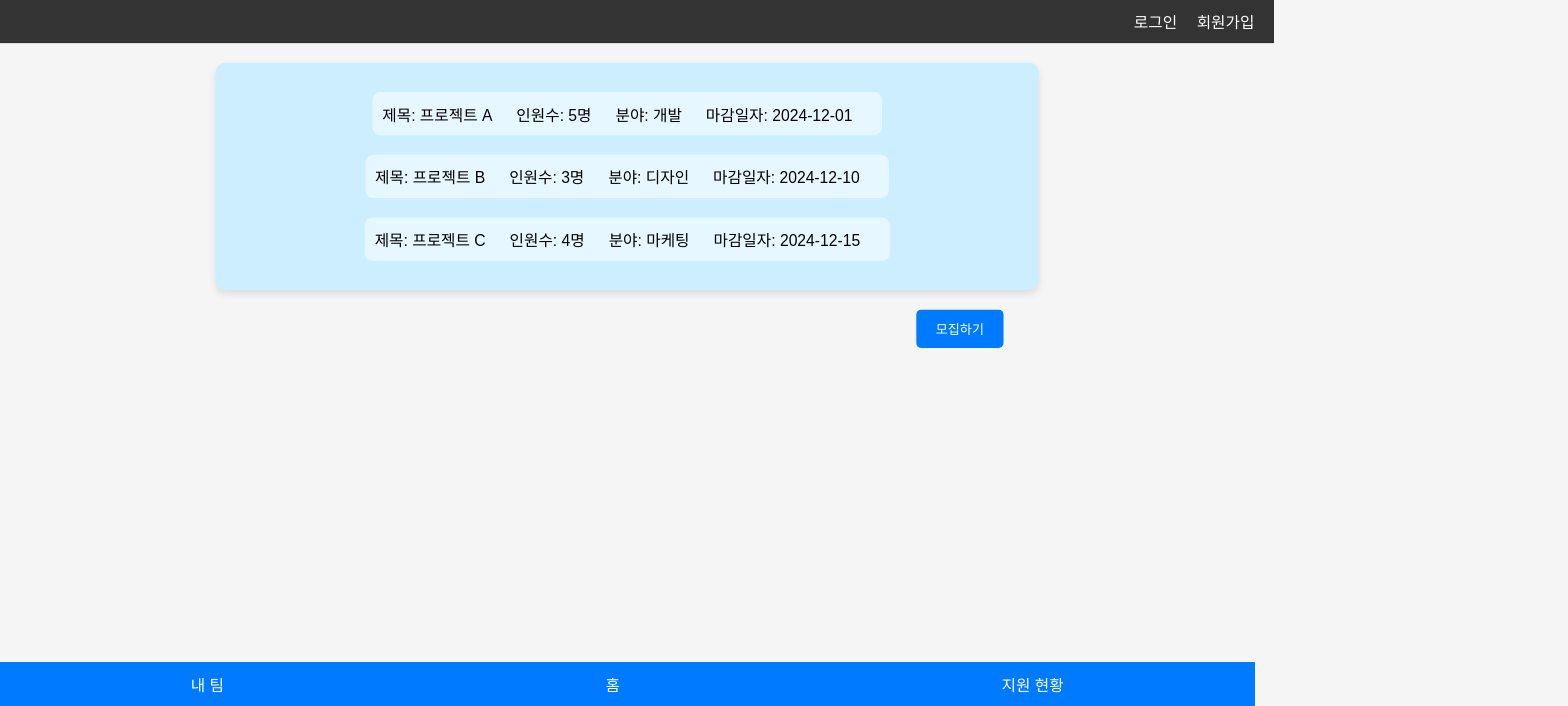
Repository: TUK-WEBSERIVCE/tuk-team-gem
Page: tuk-team-gem/src/main/webapp/main/mainPage.html
An editor plug-in stored every save of this project. The page is shown before and after the next save, followed by the edit.
The browser window is 1280 px wide. The page is 1536 px wide, then 1600 px, so the pictures cover 1600 px, including what lies to the right of the window. The pictures show the whole page, at 98% of full size.

Above is the page before, as saved 2024-11-13 12:16:24.

After the next save:
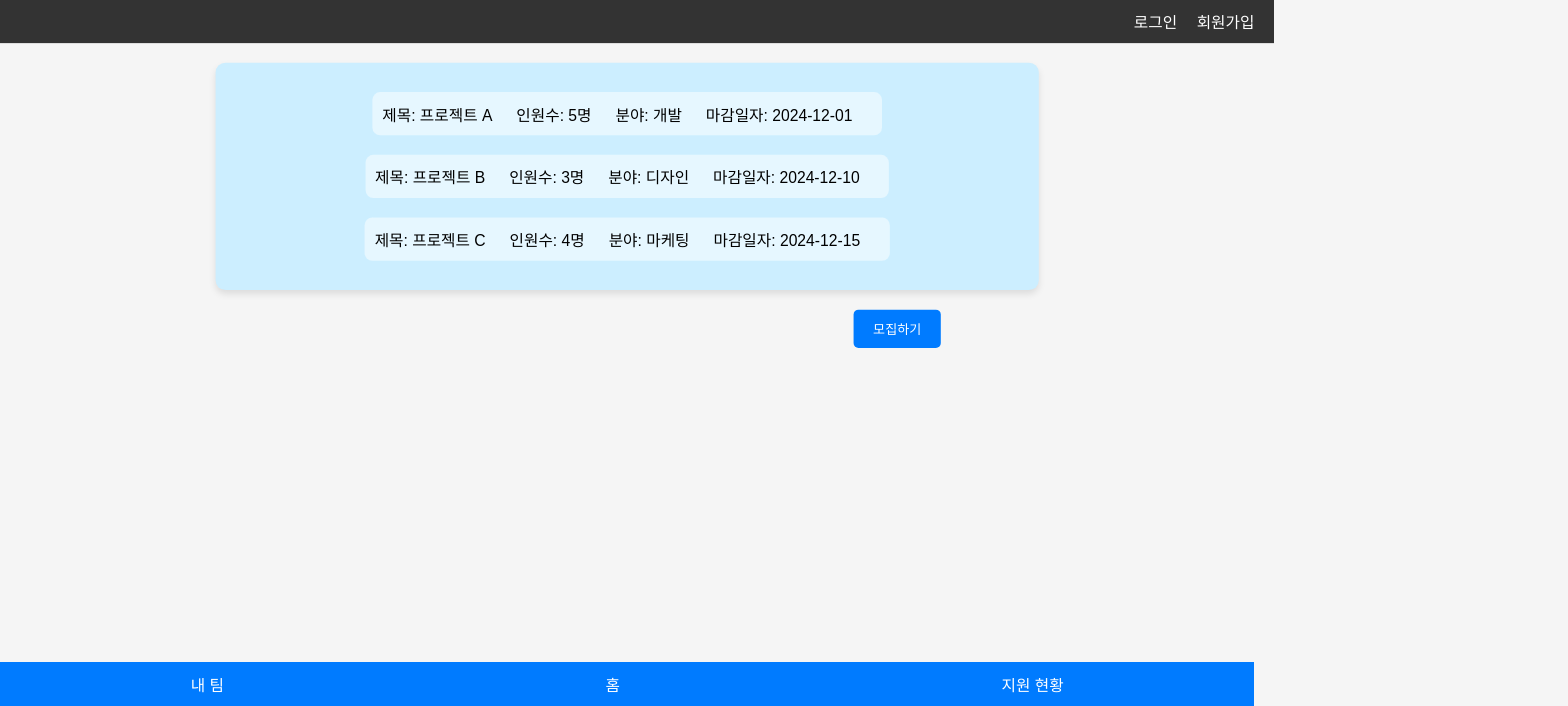
Saved 9 s later.
--- a/tuk-team-gem/src/main/webapp/main/mainPage.html
+++ b/tuk-team-gem/src/main/webapp/main/mainPage.html
@@ -58,7 +58,7 @@
     		display: flex;
     		justify-content: flex-end; /* 오른쪽으로 정렬 */
 		    margin-bottom: 20px;
-		    padding-right: 40%; /* 오른쪽 여백 */
+		    padding-right: 50%; /* 오른쪽 여백 */
         }
         .button-container button {
             padding: 10px 20px;
